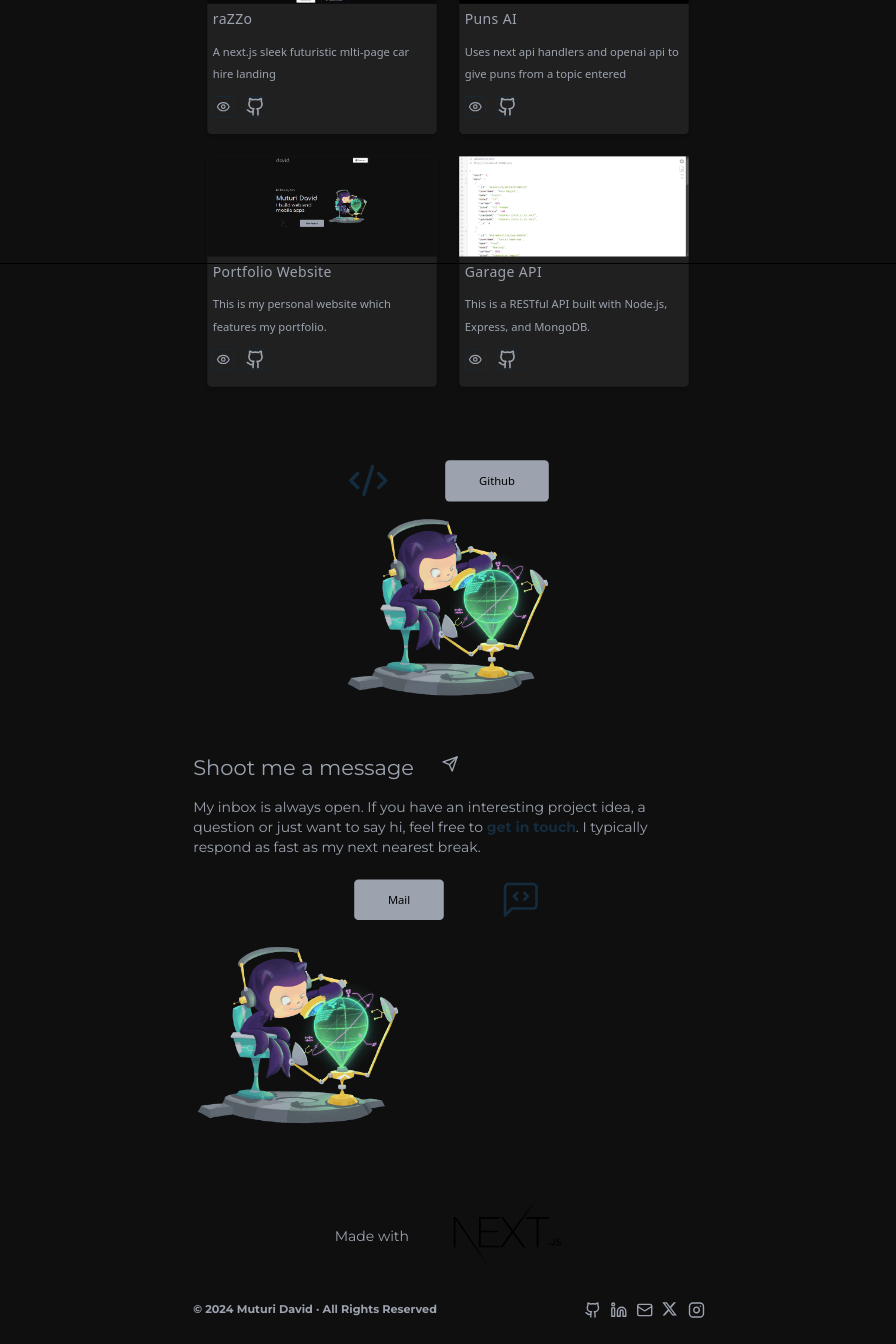
Repository: tushcmd/tushdev-portfolio
Page: /
An editor plug-in stored every save of this project. The page is shown before and after the next save, followed by the edit.
The browser window is 1280 px wide. The pictures show the part of the page from y = 2529 to 4449 px (the page is 4449 px tall before and 4186 px after), at 70% of full size.
The project was rebuilt for these pictures with package versions that can differ from the ones it lists, and the page was loaded fresh each time. The framework's server and built-in components were replaced by stand-ins that run in the browser. Also part of the build but not shown: next.config.js.

Above is the page before, as saved 2024-05-28 19:14:28.

### app/layout.tsx
import type { Metadata } from 'next'
import { Inter } from 'next/font/google'
import './globals.css'


const inter = Inter({ subsets: ['latin'] })

export const metadata: Metadata = {
  metadataBase: new URL('https://tushdev.co/'),
  alternates: {
    canonical: 'https://tushdev.co/',
    languages: {
      'en-US': '/en-US',
      'de-DE': '/de-DE',
    },
  },
  title: 'Muturi | Web & Mobile developer',
  description: 'I am highly passionate about creating sleek and reliable software.',
  robots: 'index, follow',
  openGraph: {
    title: 'Muturi | Web & Mobile developer',
    description: 'Passionate web developer who loves creating sleek and reliable software.',
    url: 'https://tushdev.co/',
  }
}

export default function RootLayout({
  children,
}: {
  children: React.ReactNode
}) {
  return (
    <html lang="en">
      <body className={`{inter.className} bg-primary w-full overflo-y-visible overflow-x-hidden`} >{children}</body>
    </html>
  )
}

### app/page.tsx
import Navbar from './components/shared/nav';
import Hero from '@/app/components/hero';
import About from './components/about';
import Skills from '@/app/components/Skills/skills'

import GetInTouch from './components/getintouch';
import Footer from './components/shared/footer';
import Projects from './components/projects/projects';

export default function Page() {
  return (
    <main>
      <Navbar />
      <Hero />
      <About />
      <Skills />
      <Projects />
      <GetInTouch />
      <Footer />
    </main>
  );
}

### app/components/hero.tsx
import { comfortaa } from '@/app/fonts';
import { montserrat } from '@/app/fonts';
import hero from '@/constants/hero';
import Image from "next/image";

// Extracted styles
const textStyles = {
  montserrat: `${montserrat.className} text-white`,
  comfortaa: `${comfortaa.className} text-[#D1D5DB] font-bold`,
};

const heroTextClasses = {
  heading: `${textStyles.montserrat} text-2xl py-6`,
  name: `${textStyles.comfortaa} text-5xl md:text-5xl pb-3`,
  paragraph: `${textStyles.montserrat} text-4xl md:text-4xl`,
};

const containerClasses = 'max-w-3xl mx-auto px-5 md:px-5';

export default function Hero() {
  return (
    <div className={containerClasses}>
      <section className='relative flex flex-col-reverse md:flex-row justify-center items-center h-screen md:py-16 py-6 overflow-auto'>
        <div>
          <div className='flex flex-col items-start justify-between py-6 w-full'>
            <p className={heroTextClasses.heading}>Hi there, I&apos;m</p>
            <h6 className={heroTextClasses.name}>{hero.name}</h6>
            <p className={heroTextClasses.paragraph}>{hero.paragraph}</p>
          </div>
          <div className='flex flex-row pt-3 md:py-5 py-5 w-full justify-center space-x-12 md:space-x-20'>
            <svg
              xmlns='http://www.w3.org/2000/svg'
              width='60'
              height='60'
              viewBox='0 0 24 24'
              fill='none'
              stroke='#142c3e'
              strokeWidth='2'
              strokeLinecap='round'
              strokeLinejoin='round'
              className='lucide lucide-terminal'
            >
              <polyline points='4 17 10 11 4 5' />
              <line x1='12' x2='20' y1='19' y2='19' />
            </svg>
            <div className='flex items-center gap-2'>
              <a
                href='https://drive.google.com/file/d/1Fc9oeqVXjbyWMcWTrOqMmTOxY1JUjsOX/view?usp=sharing'
                target='_blank'
                rel='_noreferrer'
                className='flex items-center gap-1 md:hover:bg-slate-200 rounded-md px-12 bg-gray-400 text-black font-medium py-[1.08rem]'
              >
                View Resume
              </a>
            </div>
          </div>
        </div>
        <div>
          <Image src="/dark-thin.png" alt="tush coding" width={300} height={300} />
        </div>
      </section>
    </div>
  );
}

{/*

import { comfortaa } from '@/app/fonts';
import { montserrat } from '@/app/fonts';
import hero from '@/constants/hero';
import Image from "next/image";

export default async function Hero() {
  return (
    <section className='relative flex flex-col-reverse md:flex-row justify-center items-center h-screen md:py-16 py-6 overflow-auto'>
      <div>
        <div className='flex items-start flex-col max-w-3xl py-6 w-full md:px-5 px-5 justify-between'>
          <p className={`${montserrat.className} text-3xl text-white py-6`}>
            Hi there, I&apos;m
          </p>
          <h6
            className={`${comfortaa.className} text-5xl md:text-8xl text-[#D1D5DB] text-bold pb-3`}
          >
            {hero.name}
          </h6>
          <p
            className={`${montserrat.className} text-4xl md:text-6xl text-white`}
          >
            {hero.paragraph}
          </p>
        </div>
        <div className='flex flex-row md:max-w-3xl pt-3 md:py-5 py-10 w-full md:px-5 px-5 justify-center space-x-12 md:space-x-20'>
          <svg
            xmlns='http://www.w3.org/2000/svg'
            width='60'
            height='60'
            viewBox='0 0 24 24'
            fill='none'
            stroke='#142c3e'
            stroke-width='2'
            stroke-linecap='round'
            stroke-linejoin='round'
            className='lucide lucide-terminal'
          >
            <polyline points='4 17 10 11 4 5' />
            <line x1='12' x2='20' y1='19' y2='19' />
          </svg>
          <div className='flex items-center gap-2'>
            <a
              href='https://drive.google.com/file/d/1Fc9oeqVXjbyWMcWTrOqMmTOxY1JUjsOX/view?usp=sharing'
              target='_blank'
              rel='_noreferrer'
              className='flex items-center gap-1 md:hover:bg-slate-200 rounded-md px-12 bg-gray-400 text-black font-medium py-[1.08rem]'
            >
              View Resume
            </a>
          </div>
        </div>
      </div>
      <div>
        <Image
          src="/dark-thin.png"
          alt="tush coding"
          width={300}
          height={300}
        />
      </div>
    </section>
  );
}

*/}

### app/components/about.tsx
import { montserrat } from '@/app/fonts';
import about from '@/constants/about';

// Extracted styles
const textStyles = {
  montserrat: `${montserrat.className} text-gray-400`,
};

const textClasses = {
  heading: `${textStyles.montserrat} text-2xl md:text-3xl pb-6`,
  paragraph: `${textStyles.montserrat} text-base md:text-xl`,
  info: `${textStyles.montserrat} text-base md:text-xl py-6 items-center`,
};

const containerClasses = 'max-w-3xl mx-auto px-5 md:px-5';

export default function About() {
  return (
    <section className='relative flex flex-col justify-center items-center'>
      <div className={`flex flex-col items-start justify-between pb-10 w-full ${containerClasses}`}>
        <h2 className={textClasses.heading}>About Me</h2>
        <p className={textClasses.paragraph}>
          I&apos;m {about.paragraph} <br /> {about.paragraph2}
        </p>
        <i className={textClasses.info}>
          ⓘ this dev has a goal to create software used by millions
        </i>
        <div className='flex flex-row pt-3 md:py-5 py-10 w-full justify-center space-x-12 md:space-x-20'>
          <svg
            xmlns='http://www.w3.org/2000/svg'
            width='60'
            height='60'
            viewBox='0 0 24 24'
            fill='none'
            stroke='#142c3e'
            strokeWidth='2'
            strokeLinecap='round'
            strokeLinejoin='round'
            className='lucide lucide-plug'
          >
            <path d='M12 22v-5' />
            <path d='M9 8V2' />
            <path d='M15 8V2' />
            <path d='M18 8v5a4 4 0 0 1-4 4h-4a4 4 0 0 1-4-4V8Z' />
          </svg>
          <div className='flex items-center gap-2'>
            <a
              href='mailto:muturidavid854@gmail.com'
              target='_blank'
              rel='_noreferrer'
              className='flex items-center gap-1 md:hover:bg-slate-200 text-xm md:text-base rounded-md px-12 bg-gray-400 text-black font-medium py-[1.08rem]'
            >
              Mail
            </a>
          </div>
        </div>
      </div>
    </section>
  );
}

{/*

import { montserrat } from '@/app/fonts'
import about from '@/constants/about';

export default async function About() {
  return (
    <section className='relative flex flex-col justify-center items-center'>
      <div className='flex items-start flex-col md:max-w-3xl pb-10 w-full md:px-5 px-5 justify-between'>
        <h2
          className={`${montserrat.className} text-gray-400 text-2xl md:text-3xl pb-6`}
        >
          About Me
        </h2>
        <p className={`${montserrat.className} text-gray-400 text-base md:text-xl`}>
          I&apos;m {about.paragraph} <br />
          {about.paragraph2}
        </p>
        <i className={`${montserrat.className} text-gray-400 text-base md:text-xl py-6 items-center}`}>ⓘ this dev is subscribed to fireship on YouTube </i>
        <div className='flex flex-row md:max-w-3xl pt-3 md:py-5 py-10 w-full md:px-5 px-5 justify-center space-x-12 md:space-x-20'>
          <svg
            xmlns='http://www.w3.org/2000/svg'
            width='60'
            height='60'
            viewBox='0 0 24 24'
            fill='none'
            stroke='#142c3e'
            stroke-width='2'
            stroke-linecap='round'
            stroke-linejoin='round'
            className='lucide lucide-plug'
          >
            <path d='M12 22v-5' />
            <path d='M9 8V2' />
            <path d='M15 8V2' />
            <path d='M18 8v5a4 4 0 0 1-4 4h-4a4 4 0 0 1-4-4V8Z' />
          </svg>
          <div className='flex items-center gap-2'>
            <a
              href='mailto:muturidavid854@gmail.com'
              target='_blank'
              rel='_noreferrer'
              className='flex items-center gap-1 md:hover:bg-slate-200 text-xm md:text-base rounded-md px-12 bg-gray-400 text-black font-medium py-[1.08rem]'
            >
              Mail
            </a>
          </div>
        </div>
      </div>
    </section>
  );
}
*/}

### app/components/Skills/skills.tsx
import { montserrat } from '../../fonts';
import { skills } from './SkillsList.js';

// Extracted styles
const textStyles = {
  montserrat: `${montserrat.className} text-gray-400`,
};

const textClasses = {
  heading: `${textStyles.montserrat} text-2xl md:text-3xl pb-6`,
  paragraph: `${textStyles.montserrat} text-base md:text-xl`,
};

const containerClasses = 'max-w-3xl mx-auto px-5 md:px-5';

export default async function Skills() {
  return (
    <section className='relative flex flex-col justify-center items-center pt-3 md:py-6'>
      <div className={`flex flex-col items-start justify-between py-10 w-full ${containerClasses}`}>
        <h2 className={textClasses.heading}>Skills &#x26; tools</h2>
        <p className={textClasses.paragraph}>
          Here are a few technologies I&apos;ve been working with recently:
        </p>
        <div className='px-5 mb-5 w-full'>
          <ul className='grid grid-cols-2 gap-1 mt-5 md:grid-cols-4'>
            {skills.map((skill) => {
              const { title, icon } = skill;
              return (
                <li
                  key={skill.id}
                  className='flex flex-col items-center gap-2 p-5 font-semibold rounded-md text-gray-400 bg-[#202020] opacity-1 transform scale-100 translate-x-0 translate-y-0'
                >
                  {icon}
                  {title}
                </li>
              );
            })}
          </ul>
        </div>
        <div className='justify-center flex w-full py-10'>
          <svg
            xmlns='http://www.w3.org/2000/svg'
            width='72'
            height='72'
            viewBox='0 0 24 24'
            fill='none'
            stroke='#142c3e'
            strokeWidth='1'
            strokeLinecap='round'
            strokeLinejoin='round'
            className='lucide lucide-chevrons-down'
          >
            <path d='m7 6 5 5 5-5' />
            <path d='m7 13 5 5 5-5' />
          </svg>
        </div>
      </div>
    </section>
  );
}

{/*


  import { montserrat } from '../../fonts';
import { skills } from './SkillsList.js';

export default async function Skills() {
  return (
    <section className='relative flex flex-col justify-center items-center pt-3 md:py-6'>
      <div className='flex items-start flex-col md:max-w-3xl py-10 w-full md:px-5 px-5 justify-between'>
        <h2
          className={`${montserrat.className} text-gray-400 text-2xl md:text-3xl pb-6`}
        >
          Skills &#x26; tools
        </h2>
        <p
          className={`${montserrat.className} text-gray-400 text-base md:text-xl`}
        >
          Here are a few technologies I&apos;ve been working with recently:
        </p>
        <div className='px-5 mb-5 w-full'>
          <ul className='grid grid-cols-2 gap-1 mt-5 md:grid-cols-4'>
            {skills.map((skill) => {
              const { title, icon } = skill;
              return (
                <li
                  key={skill.id}
                  className='flex flex-col items-center gap-2 p-5 font-semibold rounded-md text-gray-400 bg-[#202020] opacity-1 transform scale-100 translate-x-0 translate-y-0'
                >
                  {icon}
                  {title}
                </li>
              );
            })}
          </ul>
        </div>
        <div className='justify-center flex w-full py-10'>
          <svg
            xmlns='http://www.w3.org/2000/svg'
            width='72'
            height='72'
            viewBox='0 0 24 24'
            fill='none'
            stroke='#142c3e'
            stroke-width='1'
            stroke-linecap='round'
            stroke-linejoin='round'
            className='lucide lucide-chevrons-down'
          >
            <path d='m7 6 5 5 5-5' />
            <path d='m7 13 5 5 5-5' />
          </svg>
        </div>
      </div>
    </section>
  );
}

*/}

### app/components/projects/projects.tsx
import Image from "next/image";
import { montserrat } from '../../fonts';
import ProjectsCard from "./projects-card";
import { projects } from '../../../constants/projects';

// Extracted styles
const textStyles = {
    montserrat: `${montserrat.className} text-gray-400`,
};

const textClasses = {
    heading: `${textStyles.montserrat} text-2xl md:text-3xl pb-6`,
    paragraph: `${textStyles.montserrat} text-base md:text-xl`,
};

const containerClasses = 'max-w-3xl mx-auto px-5 md:px-5';

export default function Projects() {
    return (
        <section className='relative flex flex-col justify-center items-center py-20'>
            <div className={containerClasses}>
                <h2 className={textClasses.heading}>Projects</h2>
                <p className={textClasses.paragraph}>
                    I have built a bunch of cool stuff overtime, here is a few I&apos;m proud of:
                </p>
                <div className='px-5 mb-5 w-full'>
                    <div className='py-16 md:grid md:grid-cols-2 flex flex-col gap-8'>
                        {projects.map((project) => (
                            <ProjectsCard key={project.id} {...project} />
                        ))}
                    </div>
                </div>
            </div>
            <div className='flex flex-row pt-3 md:py-5 py-10 w-full justify-center space-x-12 md:space-x-20'>
                <svg xmlns="http://www.w3.org/2000/svg" width="60" height="60" viewBox="0 0 24 24" fill="none" stroke="#142c3e" stroke-width="2" stroke-linecap="round" stroke-linejoin="round" className="lucide lucide-code-xml"><path d="m18 16 4-4-4-4" /><path d="m6 8-4 4 4 4" /><path d="m14.5 4-5 16" /></svg>
                <div className='flex items-center gap-2'>
                    <a
                        href='https://github.com/tushcmd'
                        target='_blank'
                        rel='_noreferrer'
                        className='flex items-center gap-1 md:hover:bg-slate-200 rounded-md px-12 bg-gray-400 text-black font-medium py-[1.08rem]'
                    >
                        Github
                    </a>
                </div>
            </div>
            <Image src="/dark-thin.png" alt="tush coding" width={300} height={300} />
        </section>
    );
}

{/*

    import Image from "next/image";
import { montserrat } from '../../fonts';
import ProjectsCard from "./projects-card";
import { projects } from '../../../constants/projects'


const textStyles = {
    montserrat: `${montserrat.className} text-gray-400`,
};

const textClasses = {
    heading: `${textStyles.montserrat} text-2xl md:text-3xl pb-6`,
    paragraph: `${textStyles.montserrat} text-base md:text-xl`,
};

export default function Projects() {
    return (
        <section className='relative flex flex-col justify-center items-center py-20'>
            <h2 className={textClasses.heading}>Projects</h2>
            <p className={textClasses.paragraph}>
                I have built a bunch of cool stuff overtime, here is a few I&apos;m proud of:
                You can go through my github profile for more projects and landing pages
            </p>
            <div className='px-5 mb-5 w-full'>
                <div className='py-16 grid lg:grid-cols-2 xl:grid-cols-3 gap-8'>
                    {projects.map((project) => {
                        return <ProjectsCard key={project.id} {...project} />;
                    })}
                </div>
            </div>
            <Image
                src="/dark-thin.png"
                alt="tush coding"
                width={300}
                height={300}
            />

        </section>
    );
}

*/}

### app/fonts.ts
import { Inter, Comfortaa, Open_Sans, Montserrat } from 'next/font/google';

export const inter = Inter({ subsets: ['latin'] });

export const comfortaa = Comfortaa({
  weight: ['400', '700'],
  subsets: ['latin'],
});

export const opensans = Open_Sans({
    weight: ['300', '400', '500', '600', '700', '800'],
    subsets: ['latin']
});

export const montserrat = Montserrat({
  weight: ['300', '400', '500', '600', '700', '800'],
  subsets: ['latin'],
});

### constants/hero.ts
interface Hero {
    greet: string;
    name: string;
    paragraph: string;
}

const hero: Hero = {
    greet: 'Hi there, I am',
    name: 'Muturi David',
    paragraph: `I build web and mobile
    apps`,
};

export default hero;

### constants/about.ts
interface About {
  paragraph: string;
  paragraph2: string;
}

const about: About = {
  paragraph: ' highly passionate about creating sleek and reliable software.',
  paragraph2:
    'I aim at perfecting in building scalable products with high perfomance experiences. I enjoy creating beautiful websites and apps with modern UI/UX.',
};

export default about;

### app/components/projects/projects-card.tsx
import { Github, Eye } from 'lucide-react'
import Image from 'next/image'
import Projects from '../../../constants/projects';

export default function ProjectsCard({ url, img, github, title, text }: Projects) {
    return (
        <article className="rounded-md text-gray-400 bg-[#202020] shadow-md hover:shadow-xl duration-300">

            <Image
                src={img}
                alt={title}
                width={350}
                height={153}
            />
            <div className='p-2'>
                <h2 className='text-xl tracking-wide font-medium'>{title}</h2>
                <p className='mt-4 leading-loose'>{text}</p>
                <div className='mt-4 flex gap-x-4 pb-4'>
                    <a href={url} target='_blank' className='rounded-sm border border-[#142c3e]'>
                        <Eye className='h-7 w-7 text-gray-400 hover:text-[#142c3e] duration-300 p-1' />
                    </a>
                    <a href={github} target='_blank'className='rounded-sm border border-[#142c3e]'>
                        <Github className='h-7 w-7 text-gray-400 hover:text-[#142c3e]  duration-300' />
                    </a>
                </div>
            </div>
        </article>
    )
}

### constants/projects.ts
import Projects from "@/app/components/projects/projects";
import { nanoid } from "nanoid";

interface Projects {
  id: string;
  url: string;
  github: string;
  img: string;
  title: string;
  text: string;
}

export const projects = [
  {
    id: nanoid(),
    img: '/next-dev-starter.png',
    url: 'https://next-dev-starter.vercel.app/',
    github: 'https://github.com/tushcmd/next-dev-starter',
    title: 'Next Dev Starter',
    text: 'The Ultimate NextJS Starter App for Efficient Development'
  },
  {
    id: nanoid(),
    img: '/car-inventory.png',
    url: 'https://car-inventory-livid.vercel.app/',
    github: 'https://github.com/tushcmd/car-inventory',
    title: 'Car Inventory',
    text: 'An interface to record data about car repairs: garage reception'
  },
  {
    id: nanoid(),
    img: '/raZZo.png',
    url: 'https://razzo-zeta.vercel.app/',
    github: 'https://github.com/john-smilga',
    title: 'raZZo',
    text: 'A next.js sleek futuristic mlti-page car hire landing'
  },
  {
    id: nanoid(),
    img: '/next-puns-ai.png',
    url: 'https://next-puns-ai.vercel.app/',
    github: 'https://github.com/tushcmd/next-puns-ai',
    title: 'Puns AI',
    text: 'Uses next api handlers and openai api to give puns from a topic entered'
  },
  {
    id: nanoid(),
    img: '/tushdev.png',
    url: 'https://tushdev.co/',
    github: 'https://github.com/tushcmd/tushdev-portfolio',
    title: 'Portfolio Website',
    text: ' This is my personal website which features my portfolio.'
  },
  {
    id: nanoid(),
    img: '/localhost8080.png',
    url: 'https://garage-server-4ypk.onrender.com/',
    github: 'https://github.com/tushcmd/garage-server',
    title: 'Garage API',
    text: 'This is a RESTful API built with Node.js, Express, and MongoDB.'
  },
]

export default Projects;

### tailwind.config.ts
import type { Config } from 'tailwindcss'

const config: Config = {
  content: [
    './pages/**/*.{js,ts,jsx,tsx,mdx}',
    './components/**/*.{js,ts,jsx,tsx,mdx}',
    './app/**/*.{js,ts,jsx,tsx,mdx}',
  ],
  theme: {
    extend: {
      colors: {
        primary: "#0F0F0F",
        heading: "#FFFFFF",
        dimGray: "D1D5DB",
        iconBg: '#9CA3AF',
        iconText: '202020',
      },
      screens: {
        sm: '480px',
        md: '768px',
        lg: '976px',
        xl: '1440px',
      },
    },
  },
  plugins: [],
}
export default config

Loaded but not shown: app/globals.css (common file); app/components/Skills/SkillsList.js (88 lines, source omitted); app/components/shared/footer.tsx (151 lines, source omitted); app/components/getintouch.tsx (152 lines, source omitted); app/components/shared/nav.tsx (133 lines, source omitted)

After the next save:
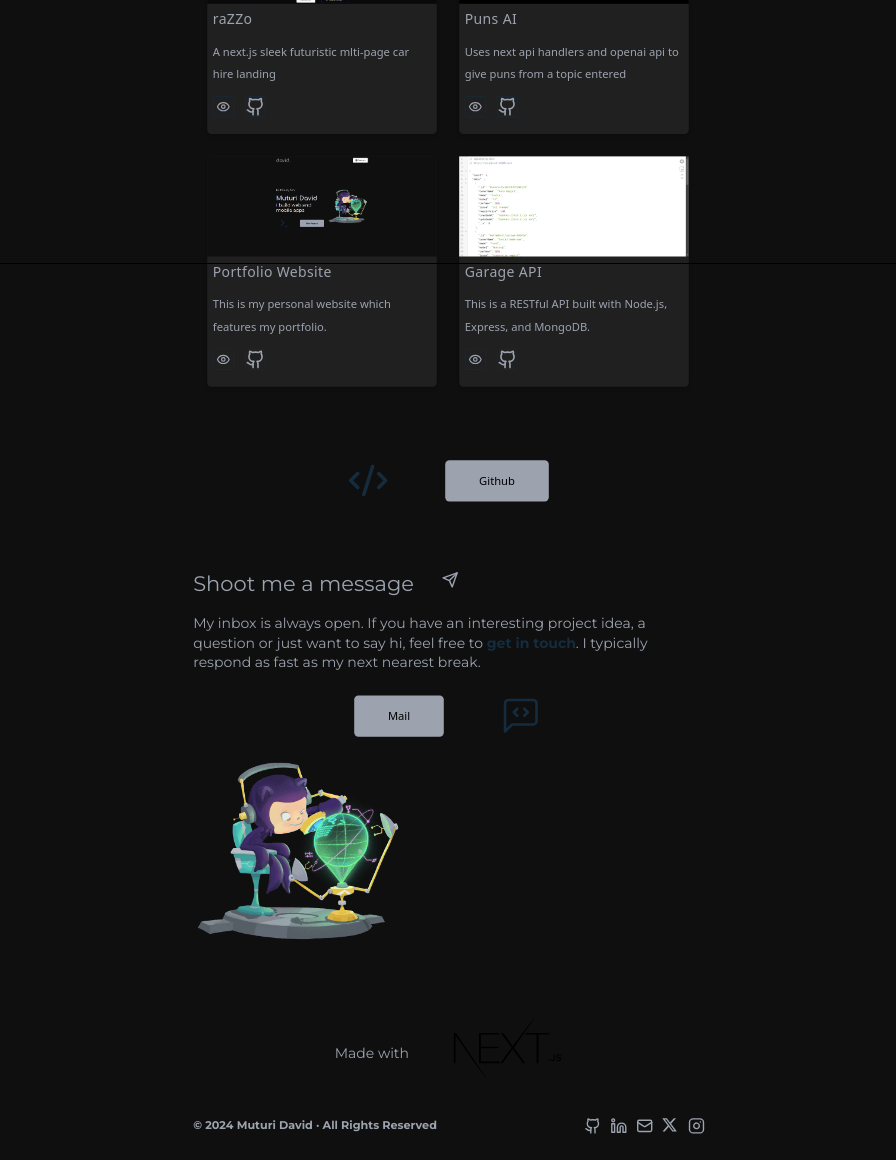
Saved 42 s later.
--- a/app/components/projects/projects.tsx
+++ b/app/components/projects/projects.tsx
@@ -1,4 +1,3 @@
-import Image from "next/image";
 import { montserrat } from '../../fonts';
 import ProjectsCard from "./projects-card";
 import { projects } from '../../../constants/projects';
@@ -44,7 +43,6 @@ export default function Projects() {
                     </a>
                 </div>
             </div>
-            <Image src="/dark-thin.png" alt="tush coding" width={300} height={300} />
         </section>
     );
 }
